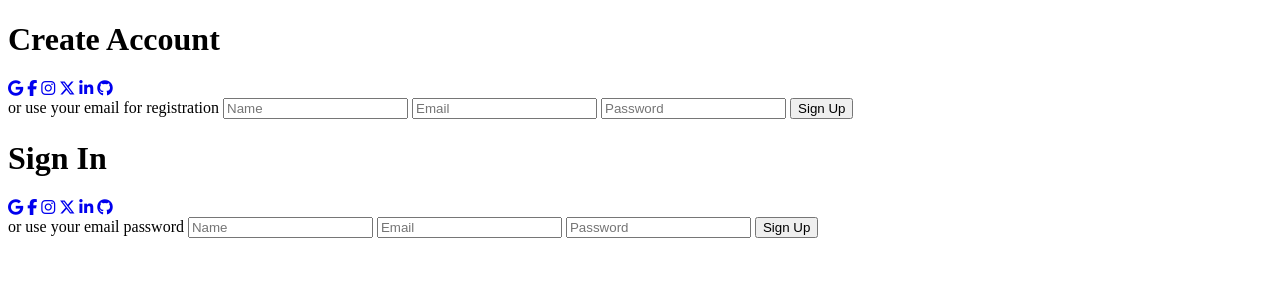
Repository: DevMike1993/Animated_Login_Page
Page: index.html
These files come from the project's save history. The page is drawn as it stood at one moment and after the next save; the edit follows.
The browser window is 1280 px wide. The pictures show the whole page.

Above is the page before, as saved 2023-12-17 19:39:58.

### index.html
<!DOCTYPE html>
<html lang="en">
<head>
    <meta charset="UTF-8">
    <meta name="viewport" content="width=device-width, initial-scale=1.0">
    <link rel="stylesheet" href="https://cdnjs.cloudflare.com/ajax/libs/font-awesome/6.5.1/css/all.min.css">
    <link rel="stylesheet" href="style.css">
    <title>Animated Login Page</title>
</head>
<body>

    <div class="container" id="container">
        <div class="form-container sign-up">
            <form>
                <h1>Create Account</h1>
                <div class="social-icons">
                    <a href="#" class="icon"><i class="fa-brands fa-google"></i></a>
                    <a href="#" class="icon"><i class="fa-brands fa-facebook-f"></i></a>
                    <a href="#" class="icon"><i class="fa-brands fa-instagram"></i></a>
                    <a href="#" class="icon"><i class="fa-brands fa-x-twitter"></i></a>
                    <a href="#" class="icon"><i class="fa-brands fa-linkedin-in"></i></a>
                    <a href="#" class="icon"><i class="fa-brands fa-github"></i></a>
                </div>
                <span>or use your email for registration</span>
                <input type="text" placeholder="Name">
                <input type="email" placeholder="Email">
                <input type="password" placeholder="Password">
                <button>Sign Up</button>
            </form>
        </div>
        <div class="form-container sign-in">
            <form>
                <h1>Sign In</h1>
                <div class="social-icons">
                    <a href="#" class="icon"><i class="fa-brands fa-google"></i></a>
                    <a href="#" class="icon"><i class="fa-brands fa-facebook-f"></i></a>
                    <a href="#" class="icon"><i class="fa-brands fa-instagram"></i></a>
                    <a href="#" class="icon"><i class="fa-brands fa-x-twitter"></i></a>
                    <a href="#" class="icon"><i class="fa-brands fa-linkedin-in"></i></a>
                    <a href="#" class="icon"><i class="fa-brands fa-github"></i></a>
                </div>
                <span>or use your email password</span>
                <input type="text" placeholder="Name">
                <input type="email" placeholder="Email">
                <input type="password" placeholder="Password">
                <button>Sign Up</button>
            </form>
        </div>
    </div>

    <script src="script.js"></script>
</body>
</html>

### style.css
@import url('https://fonts.googleapis.com/css2?family=Montserrat:ital,wght@0,200;0,300;0,400;0,500;0,600;1,200;1,300&family=Poppins&display=swap');

Loaded but not shown: script.js (no copy from this time; the picture is the same without it)

After the next save:
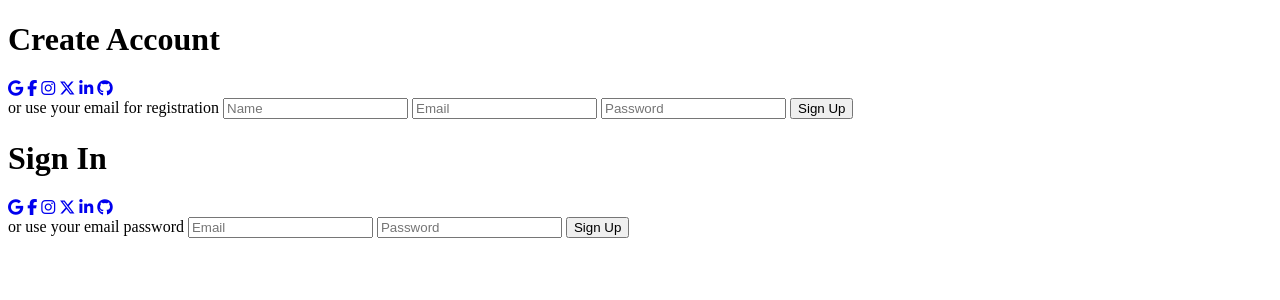
Saved 15 s later.
--- a/index.html
+++ b/index.html
@@ -40,7 +40,6 @@
                     <a href="#" class="icon"><i class="fa-brands fa-github"></i></a>
                 </div>
                 <span>or use your email password</span>
-                <input type="text" placeholder="Name">
                 <input type="email" placeholder="Email">
                 <input type="password" placeholder="Password">
                 <button>Sign Up</button>
